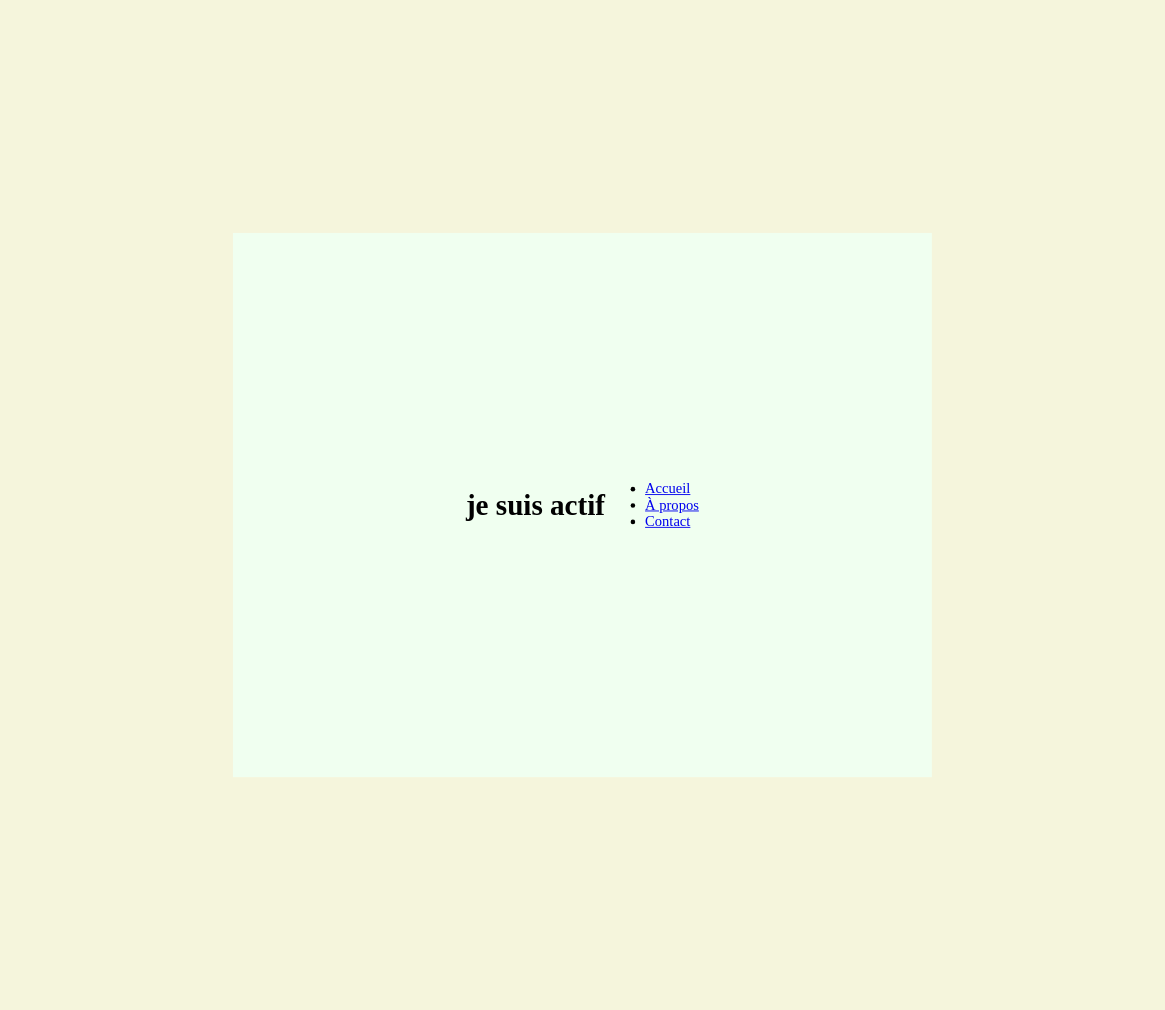
Repository: prestige225/prestige_services_et_finances
Page: PPL.HTML
These files come from the project's save history. The page is drawn as it stood at one moment and after the next save; the edit follows.
The browser window is 1280 px wide. The pictures show the whole page, at 91% of full size.

Above is the page before, as saved 2025-06-01 18:21:07.

After the next save:
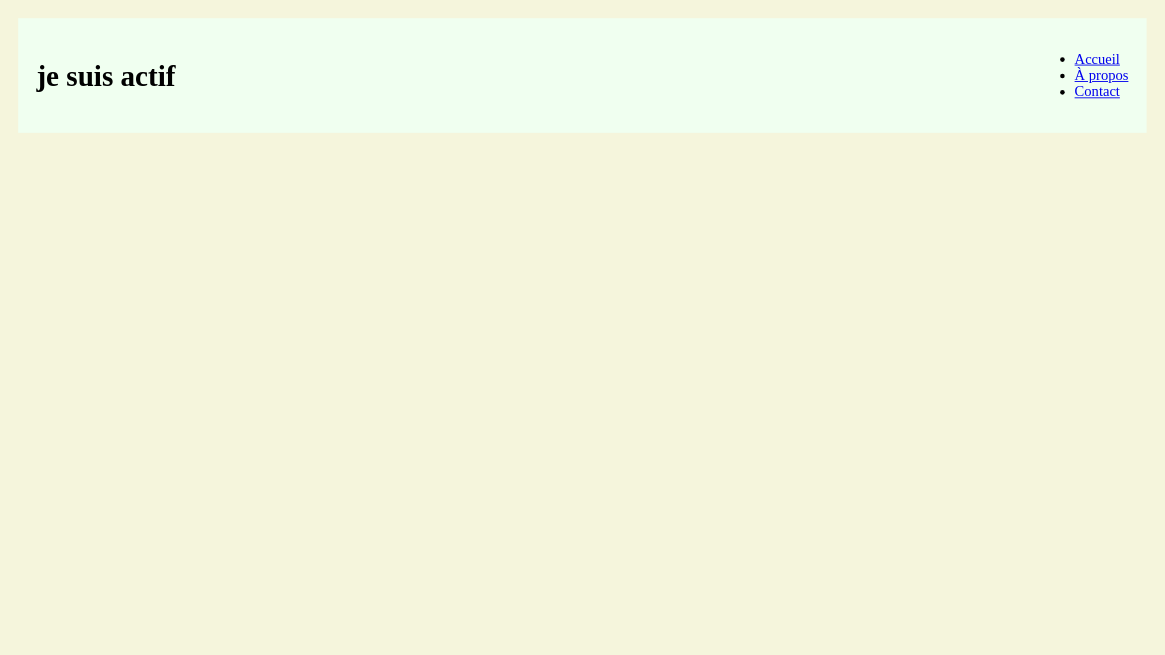
Saved 35 s later.
--- a/PPL.HTML
+++ b/PPL.HTML
@@ -14,8 +14,8 @@
     }
     header {
         background-color: rgb(240, 255, 240);
-        padding: 20%;
-        margin: 20%;
+        padding: 20PX;
+        margin: 20PX;
         display: flex;
         justify-content: space-between;
         align-items: center;
